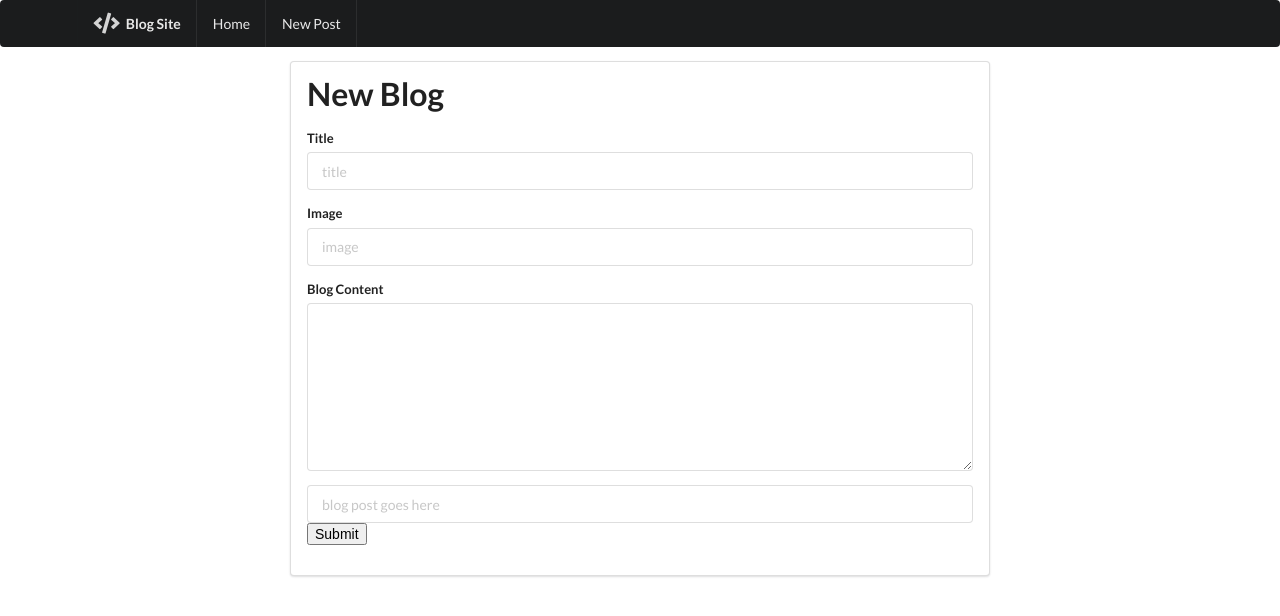
Repository: pdurkin/Web-Dev-Class
Page: http://localhost/blogs/new
The author's editor kept a record of every edit. The page is drawn from the files as they stood at one moment, then again after the next edit.
The browser window is 1280 px wide. The pictures show the whole page.
Some web libraries are served in a nearby version. The page is served by the project's Node server (RESTful_Routing/RESTfulBlogApp/app.js).

Above is the page before.

After the next edit:
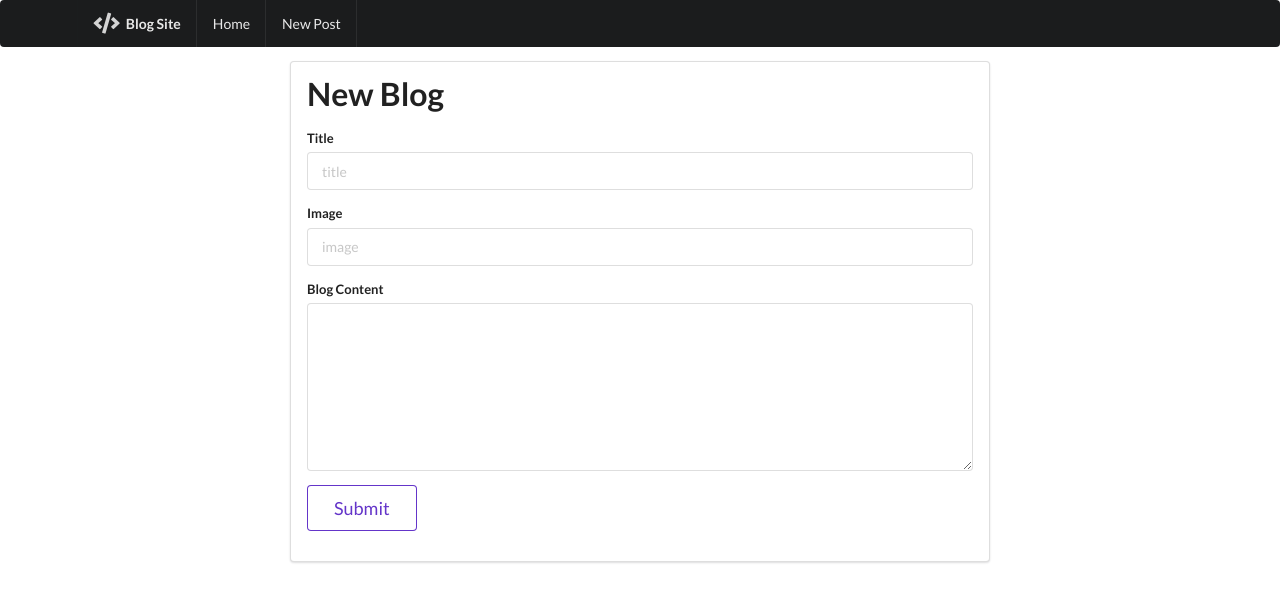
The edit:
--- a/Back End Lessons/RESTful_Routing/RESTfulBlogApp/views/new.ejs
+++ b/Back End Lessons/RESTful_Routing/RESTfulBlogApp/views/new.ejs
@@ -18,8 +18,8 @@
             <label>Blog Content</label>
             <textarea name="blog[body]"></textarea>
         </div>
-            <input type="text" name="blog[body]" placeholder="blog post goes here">
-            <input type="submit">
+        <!--<input type="text" name="blog[body]" placeholder="blog post goes here">-->
+        <button class="ui violet basic big button" type="submit">Submit</button>
     </form>
 </div>
 
